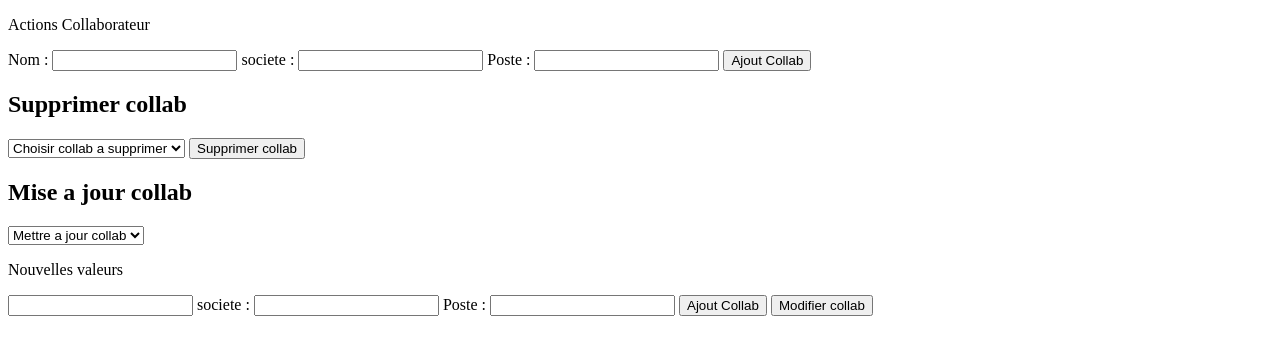
Repository: Shakibaei-2020/CRA_JEE_FINAL
Page: http://localhost/jee_crainfocom/WEB-INF/accueil.jsp
These files come from the project's save history. The page is drawn as it stood at one moment and after the next save; the edit follows.
The browser window is 1280 px wide. The pictures show the whole page.
The page is served by Tomcat 9. Nobody is signed in. The template is opened directly, without the code that normally fills it, so the values that code supplies are empty.

Above is the page before, as saved 2021-03-25 14:15:02.

After the next save:
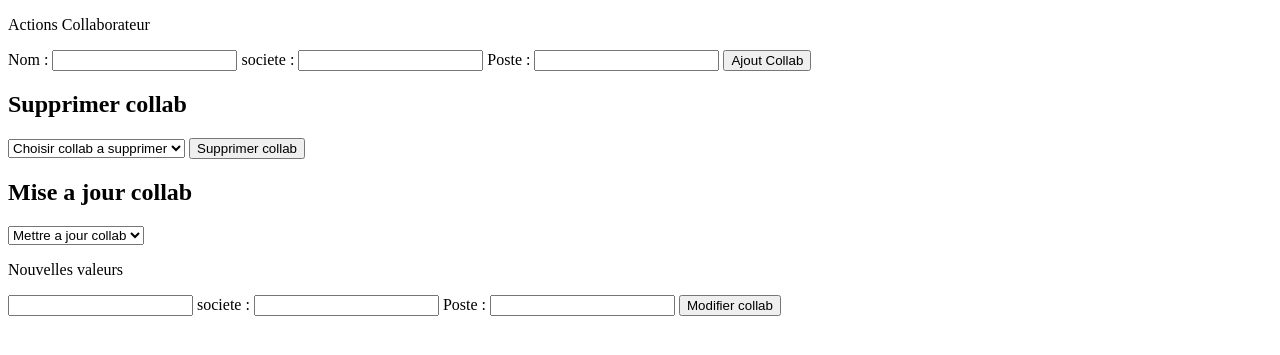
Saved 14 s later.
--- a/CRA_JEE_FINAL/CRA_JEE_FINAL/jee_crainfocom/src/main/webapp/WEB-INF/accueil.jsp
+++ b/CRA_JEE_FINAL/CRA_JEE_FINAL/jee_crainfocom/src/main/webapp/WEB-INF/accueil.jsp
@@ -52,7 +52,6 @@
             <label for="posteColl">Poste : </label>
             <input type="text" name="posteColl" id="posteColl" />
 
-            <input type="submit" value="Ajout Collab" />
 
 <input type="submit" value="Modifier collab" />
 </form>
